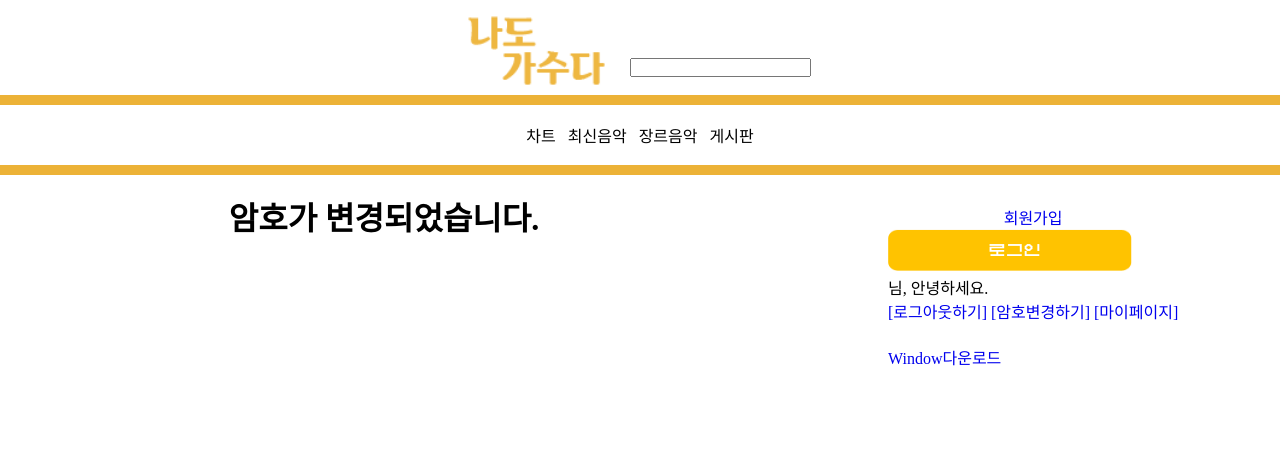
Repository: Ea-Bell/GraduationPortfolio
Page: http://localhost/WebTest/webTest/View/login/changePwdSuccess.jsp
An editor plug-in stored every save of this project. The page is shown before and after the next save, followed by the edit.
The browser window is 1280 px wide. The pictures show the whole page.
The page is served by Tomcat 9. Nobody is signed in. The application's start-up code is not run. Other server files are loaded and not shown.

Above is the page before, as saved 2020-09-16 10:16:45.

### WEB_Server/WebTest/WebContent/webTest/View/login/changePwdSuccess.jsp
<%@ page language="java" contentType="text/html; charset=UTF-8"
	pageEncoding="UTF-8"%>
<!DOCTYPE html>
<html>
<head>
<link rel="stylesheet" type="text/css"
	href="/webTest/Model/mainForm/mainForm.css" />
<script type="text/javascript" src="/webTest/Model/mainForm/mainForm.js"></script>

<meta charset="UTF-8">
<title>비밀번호 변경완료</title>
</head>
<body>

<header>
	<div align="center">

		<form action="mainForm.jsp" method="post">
			<!-- 헤더 -->

				<a href="/index" style="background: white;">
					 <img src="/webTest/img/logo.png"
					 style="position: relative; top: 15px; left: 0px; width: 140px; width:140px"></a>
					  <input type="text" onclick=""
					style="position: relative; left: 20px;">
				&nbsp;&nbsp;&nbsp;&nbsp;&nbsp; <br>
				<br>

				<hr id="head_line" size="10px" color="#ECB237">

				<br> <a href="" onmouseover="TextMover()"
					onmouseout="TextMount()" id="nav" style="color: black;">차트</a>
				&nbsp; <a href="/webTest/View/fileUpLoad/fileList.jsp" onmouseover="TextMover2()"
					onmouseout="TextMount2()" id="nav2" style="color: black;">최신음악</a>
				&nbsp; <a href="" onmouseover="TextMover3()"
					onmouseout="TextMount3()" id="nav3" style="color: black;">장르음악</a>
						&nbsp; <a href="/webTest/article/list.jsp"  id="nav3" style="color: black;">게시판</a>
				<br>
				<br>
		</form>



	</div>
</header>
		<hr id="head_line" size="10px" color="#ECB237">
		<br>
	<!-- 콘텐츠 -->
<div>


<div  style="float:left; width: 60%">
<div align="center" >
<h1>암호가 변경되었습니다.</h1>
</div>
	</div>



	<div style="padding:10px; width: 30%; float: right;">
		<aside id="main_aside">

			<table border="0">
				<tr>
					<td><c:if test="${empty authUser }">
							<div align="center"><a href=""></a> <a href="/webTest/login/signUp.jsp">회원가입</a></div>
							<a href="/webTest/login/login.jsp" ><img alt="" src="/webTest/img/login/login.png" style="height: 42px; width: 244px;"></a>
							<br>

						</c:if> <c:if test="${!empty authUser}">
				${authUser.nickname}님, 안녕하세요.<br />
							<a href="/LogoutHandler">[로그아웃하기]</a>
							<a href="changePwdForm.jsp">[암호변경하기]</a>
									<a href="/webTest/list/newMusicForm.jsp">[마이페이지]</a>
						</c:if></td>
				</tr>
			</table>

			<br>
			<table border="0">
				<tr>

					<td>
				<a href="/webTest/나는가수다.msi" download=>Window다운로드</a>
					</td>

				</tr>
			</table>

		</aside>
		</div>

		</div>

	<!-- 바텀 -->
	<div align="center">



	</div>

</body>
</html>

### WEB_Server/WebTest/WebContent/webTest/Model/mainForm/mainForm.css
@charset "UTF-8";
body{
	position: relative;
}

*{ margin:0; padding :0;}

img{border: 0; width:16px ; height: 16 px;}


#content{
	/* 중앙 정렬*/
	width: 960px;

	/* 수평 레이아웃 구성 */
	overflow: hidden;
}
#content > #main_section
{
	width: 650px;
	float: left;			/* 왼쪽에 붙입니다*/
}

#content > #main_aside{
	height:30%;
	width : 25%;
	float: right;           /*오른쪽에 붙입니다.*/
	margin-bottom: 20px;
	padding: 10px;

	color: #ff8000;


}



#content > #main_bside{

	width : 30%;
	height:0%;
	float: left;           /*왼쪽에 붙입니다.*/
	margin-bottom: 20px;
	padding: 10px;


}
#content > #main_cside{
	width :70%;
	height: 0%;
	float: none;           /*가운데에 붙입니다.*/
	margin-bottom: 20px;
	padding: 10px;
	border: 1px solid #e4e4e4;
	color: #ff8000;
	background-color:ff8000;
}

#textcolor{
	border: 1px solid #e4e4e4;
	color: #ff8000;
	background-color:ff8000;
}

#hr
{

}
#nav
{
	 font-family: ""
}
#winFont{
	font-family: "돋음";
	color: #1A1A1A;
}
a {
  text-decoration: none;
}

### WEB_Server/WebTest/WebContent/webTest/Model/mainForm/mainForm.js
/**
 *
 */

//문자나 이미지가 밖으로 나갔을경우
function TextMover() {
	var dama = document.getElementById('nav');
	dama.style.color="Red";
}
function ImgMover() {

}
function TextMover2() {
	var dama = document.getElementById('nav2');
	dama.style.color="Red";
}
function TextMover3() {
	var dama = document.getElementById('nav3');
	dama.style.color="Red";
}
//문자나 이미지가 밖으로 갔을경우
function TextMount() {
	var dama = document.getElementById('nav');
	dama.style.color="Black";
}
function TextMount2() {
	var dama = document.getElementById('nav2');
	dama.style.color="Black";
}
function TextMount3() {
	var dama = document.getElementById('nav3');
	dama.style.color="Black";
}
function ImgMount() {

}

After the next save:
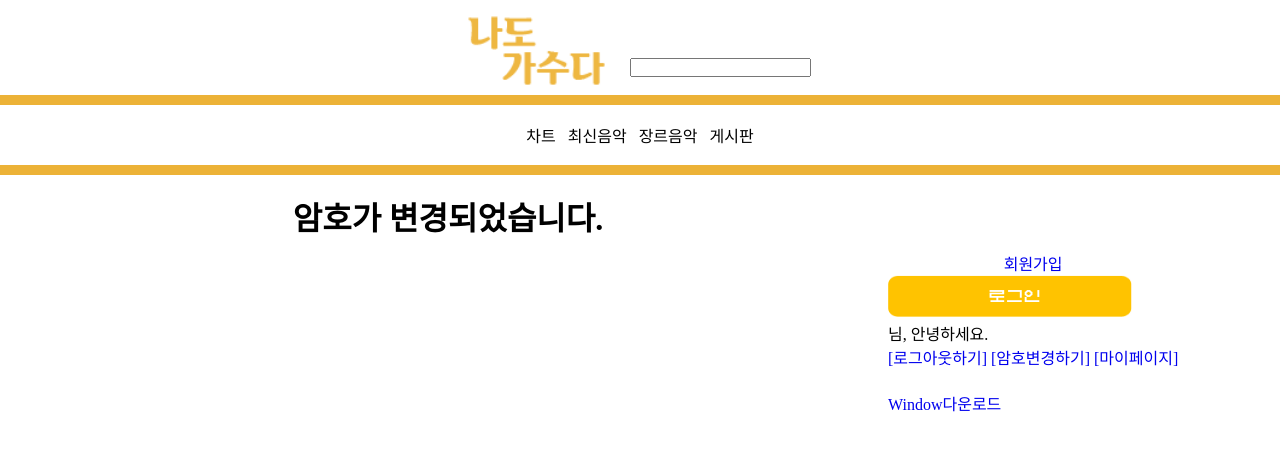
Saved 9 s later.
--- a/WEB_Server/WebTest/WebContent/webTest/View/login/changePwdSuccess.jsp
+++ b/WEB_Server/WebTest/WebContent/webTest/View/login/changePwdSuccess.jsp
@@ -49,7 +49,7 @@
 <div>
 
 
-<div  style="float:left; width: 60%">
+<div  style="float:left; width: 70%">
 <div align="center" >
 <h1>암호가 변경되었습니다.</h1>
 </div>
